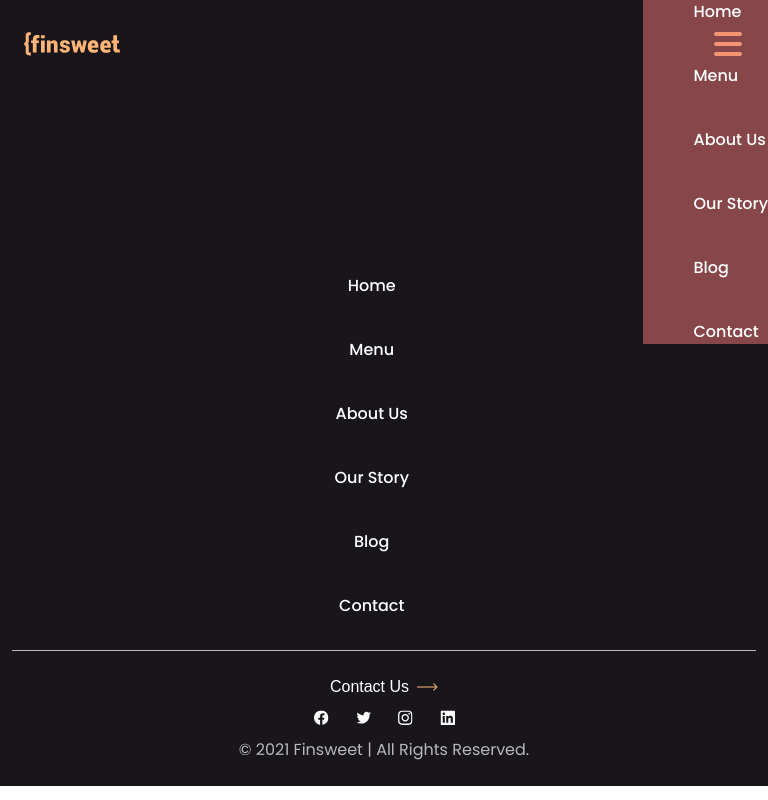
Repository: Minns-Cao/project-finsweet
Page: contact.html
These files come from the project's save history. The page is drawn as it stood at one moment and after a run of saves; the edit follows.
The browser window is 768 px wide. The pictures show the whole page.
Some web fonts or font styles are not loaded; a fallback is used.

Above is the page before, as saved 2023-04-28 15:29:23.

After the next 2 saves:
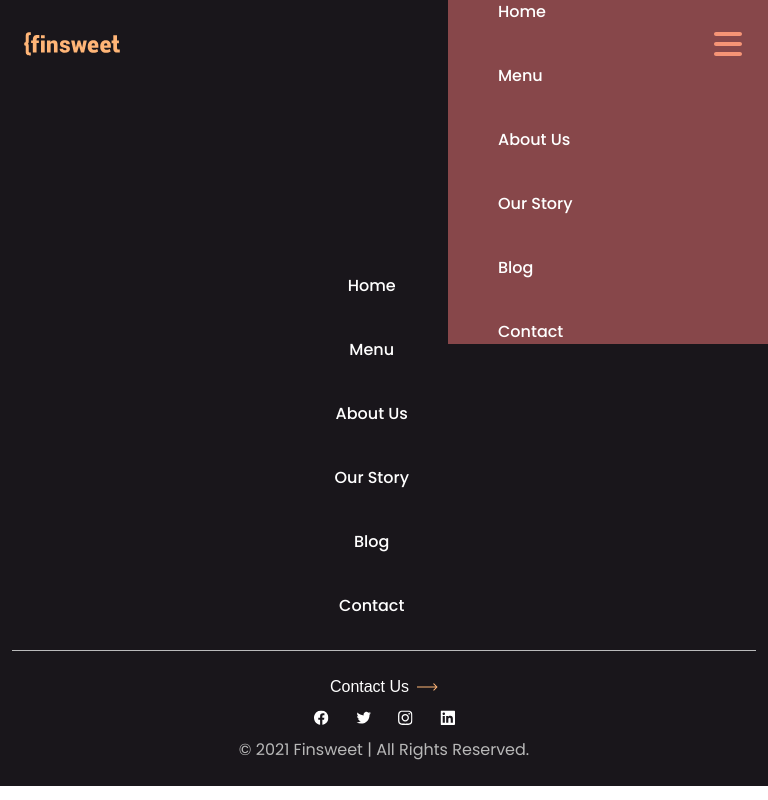
The 2 saves are shown as one change because they came seconds apart.
The last was saved 12 s later.
--- a/assets/css/style.css
+++ b/assets/css/style.css
@@ -255,6 +255,7 @@ a {
         background-color: #ed777784;
         top: 0;
         right: 0;
+        width: 320px;
     }
 
     .nav-mb ul {
